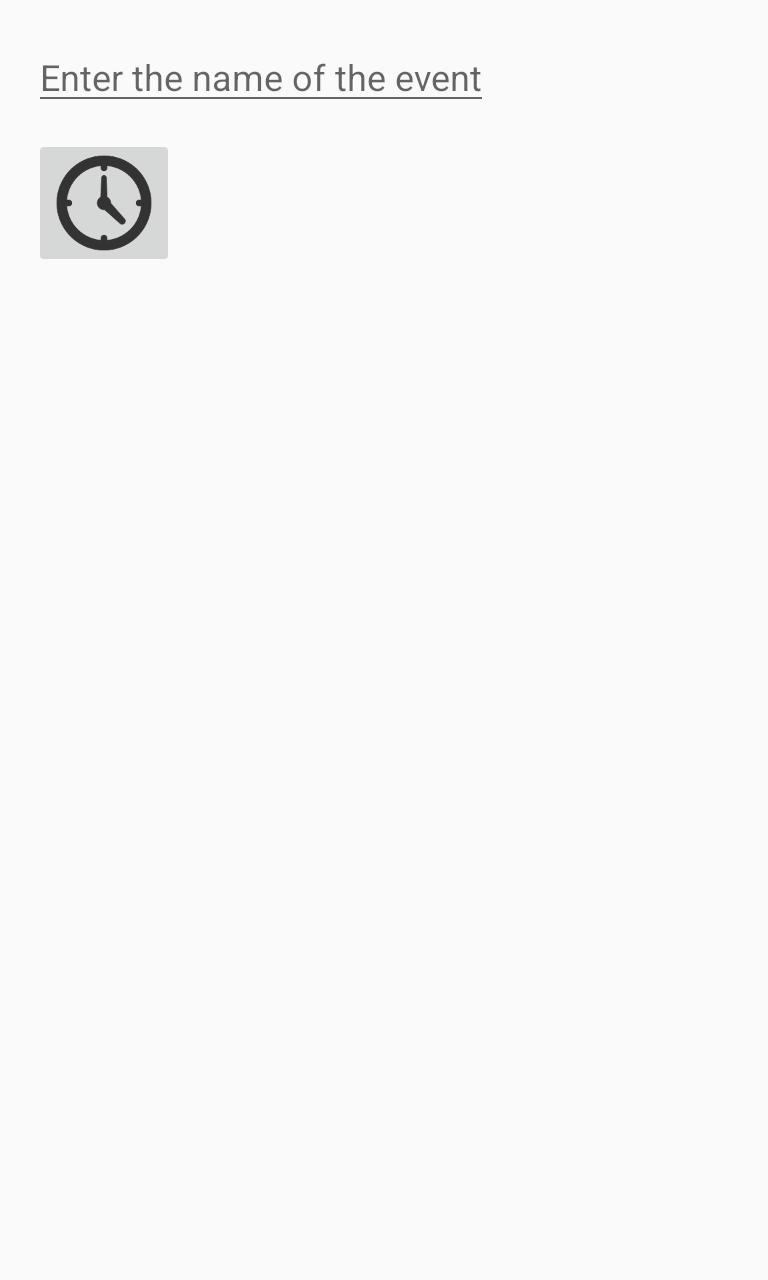
Repository: wisingd/Dajoroli
Layout: Workspace/SplitIt/res/layout/fragment_event_creater.xml
An editor plug-in stored every save of this project. The layout is shown before and after the next save, followed by the edit.
It is drawn on a 768 x 1280 px phone screen (xhdpi) without system bars, with theme AppTheme; the app's code is not run.

Above is the layout before, as saved 2014-05-17 13:17:43.

### Workspace/SplitIt/res/layout/fragment_event_creater.xml
<RelativeLayout xmlns:android="http://schemas.android.com/apk/res/android"
    xmlns:tools="http://schemas.android.com/tools"
    android:layout_width="match_parent"
    android:layout_height="match_parent"
    android:paddingBottom="@dimen/activity_vertical_margin"
    android:paddingLeft="@dimen/activity_horizontal_margin"
    android:paddingRight="@dimen/activity_horizontal_margin"
    android:paddingTop="@dimen/activity_vertical_margin"
    tools:context="com.example.splitit.EventCreater$PlaceholderFragment" >

    <EditText
        android:id="@+id/event_name"
        android:layout_width="wrap_content"
        android:layout_height="wrap_content"
        android:hint="@string/event_name" />

    <ImageButton
        android:id="@+id/showDatePicker"
        android:src="@drawable/clock"
        android:layout_width="wrap_content"
        android:layout_height="wrap_content"
        android:layout_below="@+id/event_name"
        android:layout_marginTop="10dp"
        android:onClick="showDatePickerDialog"
         />

</RelativeLayout>

### Workspace/SplitIt/res/values/strings.xml
<?xml version="1.0" encoding="utf-8"?>
<resources>

    <string name="app_name">Split It</string>
    <string name="action_settings">Settings</string>
    <string name="contact_name">Contact name</string>
    <string name="button_create_contact">Create contact!</string>
    <string name="title_activity_display_message">New Activity</string>
    <string name="information_text">Amount to the left, contact to the right</string>
    <string name="view_contacts">View contacts</string>
    <string name="amount">Amount</string>
    <string name="contact">Name</string>
    <string name="they_owe_me">They owe me</string>
    <string name="i_owe_them">I owe them</string>
    <string name="startDebtMenu">Debt menu</string>
    <string name="startContactMenu">Contact menu</string>
    <string name="number">Contact phone number</string>
    <string name="erase_contacts">Erase contacts</string>
    <string name="name">Name</string>
    <string name="split_debt">Split a debt</string>
    <string name="title_activity_split_adebt">SplitADebt</string>
    <string name="event_name">Enter the name of the event</string>
    <string name="splitOnThree">Split on these contacts!</string>
    <string name="title_activity_daniels_test">DanielsTest</string>
    <string name="startEvent">Event!</string>
    <string name="title_activity_event_creater">Create event</string>
    <string name="hello_world">Hello world</string>
</resources>

Loaded but not shown: Workspace/SplitIt/res/values/styles.xml (common file); Workspace/SplitIt/res/values-v11/styles.xml (common file); Workspace/SplitIt/res/values-v14/styles.xml (common file); Workspace/SplitIt/res/values/dimens.xml (common file); Workspace/SplitIt/res/values-w820dp/dimens.xml (common file)

After the next save:
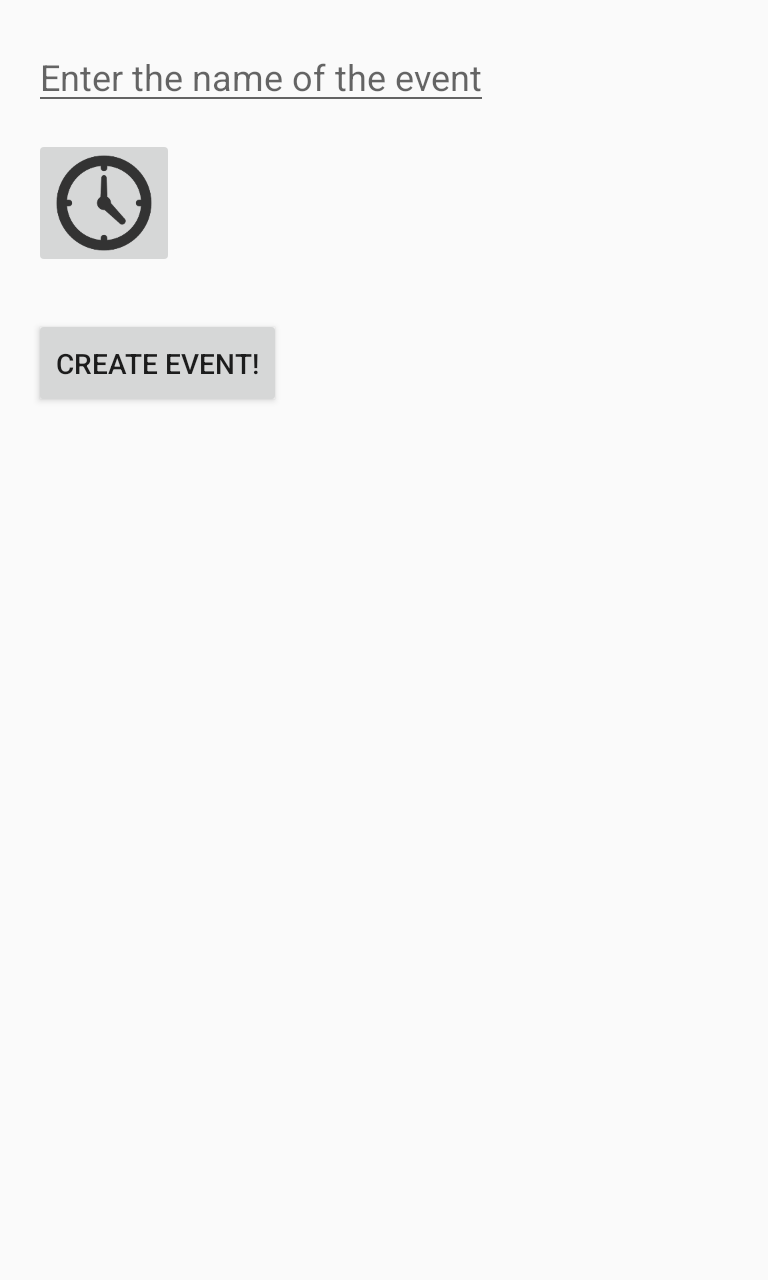
Saved 2 min 57 s later.
--- a/Workspace/SplitIt/res/layout/fragment_event_creater.xml
+++ b/Workspace/SplitIt/res/layout/fragment_event_creater.xml
@@ -24,4 +24,13 @@
         android:onClick="showDatePickerDialog"
          />
 
+    <Button
+        android:id="@+id/create_event"
+        android:layout_width="wrap_content"
+        android:layout_height="wrap_content"
+        android:layout_alignLeft="@+id/showDatePicker"
+        android:layout_below="@+id/showDatePicker"
+        android:layout_marginTop="22dp"
+        android:text="@string/createevent" />
+
 </RelativeLayout>
--- a/Workspace/SplitIt/res/values/strings.xml
+++ b/Workspace/SplitIt/res/values/strings.xml
@@ -25,4 +25,5 @@
     <string name="startEvent">Event!</string>
     <string name="title_activity_event_creater">Create event</string>
     <string name="hello_world">Hello world</string>
+    <string name="createevent">Create event!</string>
 </resources>
